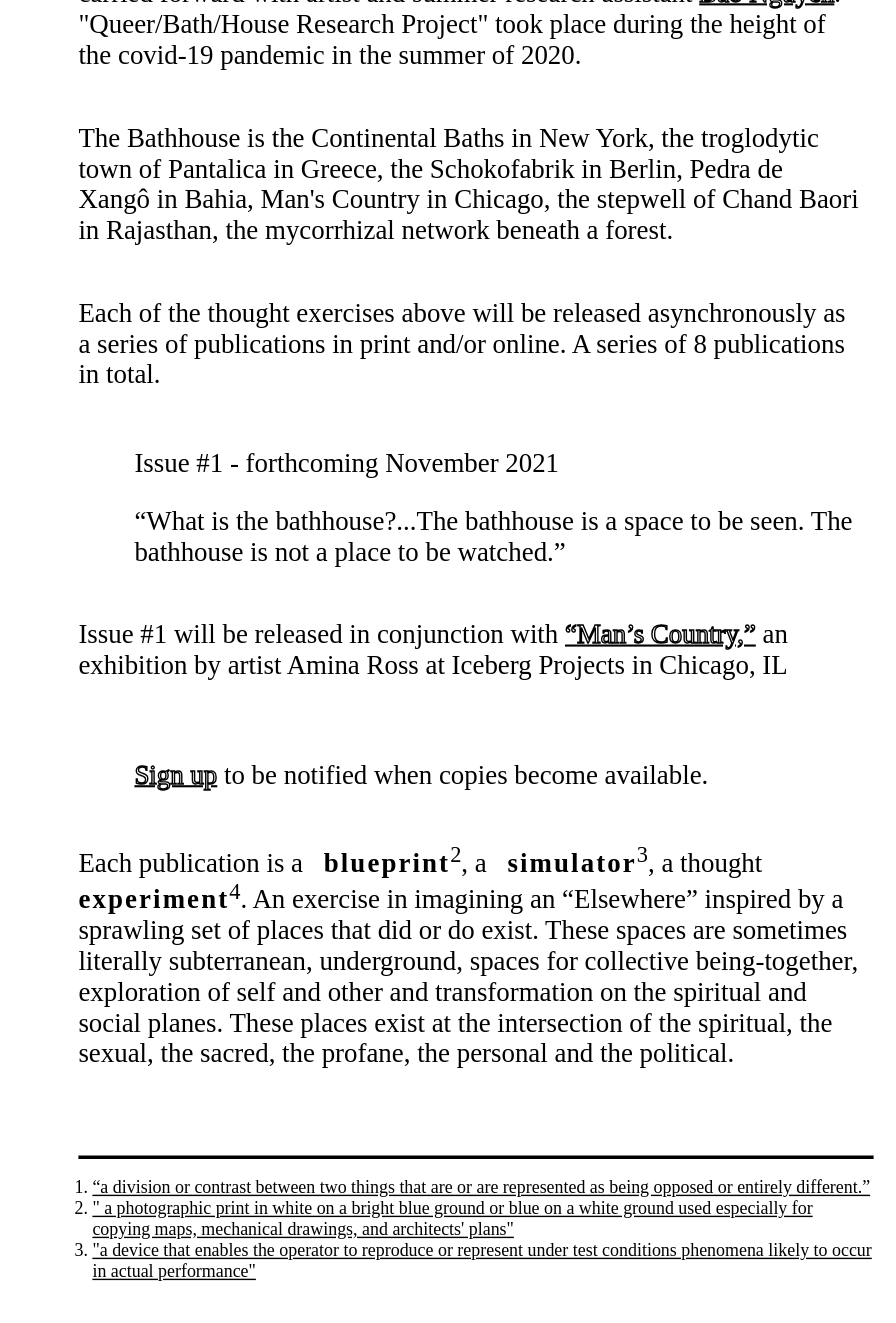
Repository: ayoungblood2/bathhouse.online
Page: index.html
These files come from the project's save history. The page is drawn as it stood at one moment and after the next save; the edit follows.
The browser window is 1280 px wide. The pictures show the part of the page from y = 2484 to 4404 px (the page is 4374 px tall before and 4404 px after), at 70% of full size.
An inner scrolling area shows only its first screen. Backgrounds fixed to the window are drawn as part of the page. Some web fonts or font styles are not loaded; a fallback is used.

Above is the page before, as saved 2021-10-16 17:22:15.
Not found: js/layout_main.js
Not found: js/three_main.js
Not found: style.css

### index.html
<!DOCTYPE html>
<html>

<head>
    <meta charset="UTF-8">
    <meta name="viewport" content="width=device-width, initial-scale=1.0, maximum-scale=1.0, user-scalable=no" />
    <title>bathhouse.online</title>
    <link rel="apple-touch-icon" sizes="180x180" href="/apple-touch-icon.png">
    <link rel="icon" type="image/png" sizes="32x32" href="/favicon-32x32.png">
    <link rel="icon" type="image/png" sizes="16x16" href="/favicon-16x16.png">
    <link rel="manifest" href="/site.webmanifest">
    <link rel="stylesheet" href="style.css">
    <script src="http://code.jquery.com/jquery-1.12.0.min.js"></script>
    <link rel='dns-prefetch' href='//ajax.googleapis.com' />
    <meta name="keywords" content="Amina Ross, Avery Youngblood">
    <meta name="author" content="Avery Youngblood">
    <script type="text/javascript" src="./js/layout_main.js"></script>
    <script type="text/javascript" src="./js/three_main.js"></script>

    <style>
        @font-face {
            font-family: Avenir Next Heavy;
            src: url(fonts/AvenirNext.ttc);
        }

        body,
        html {
            height: 100%;
            width: 100%;
            margin: 0;
            overflow-x: hidden;
        }

        *,
        *:before,
        *:after {
            box-sizing: inherit;
        }

        .bg {

            /* background-image: url('images/20211010224425098.gif'); */


            /* Full height */
            height: 100%;

            /* Center and scale the image nicely */
            background-position: center;
            background-repeat: no-repeat;
            background-size: cover;
            position: relative;
            top: 0;
            left: 0;

            /* padding: 100px; */

            font-family: "Avenir Next Heavy";

        }




        .txt {
            position: absolute;
            top: 60px;
            left: 80px;
            font-family: "Avenir Next Heavy";
        }

        h1 {
            font-size: 10vw;
            text-align: center;
        }

        p {
            font-size: 3vw;
        }

        .parallax {
            /* The image used */
            background-image: url('images/20211010224425098.gif');

            /* Full height */
            height: 100%;

            /* Create the parallax scrolling effect */
            background-attachment: fixed;
            background-position: center;
            background-repeat: no-repeat;
            background-size: cover;
        }

        .container {
            padding: 10px;
            width: 2em;
        }

        .item {
            width: 50%;
            width: fit-content;
            padding: 5px;
            margin-bottom: 1em;
        }


        @media only screen and (max-width:900px) {
            h1 {
                font-size: 8vw;
            }

            .bg {
                padding: 0px;
            }

            p {
                font-size: 2vw;
            }
        }

        .top {
            padding: 1em;
            /* display: grid; */
            /* grid-gap: 3em; */
            grid-template-columns: repeat(1, 250px);
        }

        .quote {
            padding: 1em;
            /* border-radius: .3em; */
            /* box-shadow: 10px 10px 30px rgba(0, 0, 0, 0.1); */
        }

        p {
            margin-top: 0;
            margin-right: 20px;
            font-size: 3vw;
        }

        span {
            font-weight: bold;
            position: relative;
            margin-left: 20px;
        }

        :before {
            content: '';
            position: fixed;
            height: 1px;
            width: 20px;
            /* border-bottom: 1px solid black; */
            top: 20px;
        }




        @media(min-width:950px) {
            .top {
                grid-template-columns: repeat(2, 250fr);
            }
        }

        .tab {
            margin-left: 80px;
        }

        footer {
            margin-top: 50px;
            border-top: 5px solid black;
            font-size: 2vw;
        }

        footer ol {
            padding-left: 20px;
        }

        /**
 * Initialiazing a `footnotes` counter on the wrapper
 */
        article {
            counter-reset: footnotes;
        }

        /**
 * Inline footnotes references
 * 1. Increment the counter at each new reference
 * 2. Reset link styles to make it appear like regular text
 */
        [aria-describedby="footnote-label"] {
            counter-increment: footnotes;
            /* 1 */
            text-decoration: none;
            /* 2 */
            color: inherit;
            /* 2 */
            cursor: default;
            /* 2 */
            outline: none;
            /* 2 */
        }

        /**
 * Actual numbered references
 * 1. Display the current state of the counter (e.g. `[1]`)
 * 2. Align text as superscript
 * 3. Make the number smaller (since it's superscript)
 * 4. Slightly offset the number from the text
 * 5. Reset link styles on the number to show it's usable
 */
        [aria-describedby="footnote-label"]::after {
            content: '['counter(footnotes) ']';
            /* 1 */
            vertical-align: super;
            /* 2 */
            font-size: 0.5em;
            /* 3 */
            margin-left: 2px;
            /* 4 */
            color: blue;
            /* 5 */
            text-decoration: underline;
            /* 5 */
            cursor: pointer;
            /* 5 */
        }

        /**
 * Resetting the default focused styles on the number
 */
        [aria-describedby="footnote-label"]:focus::after {
            outline: thin dotted;
            outline-offset: 2px;
        }

        [aria-label="Back to content"] {
            font-size: 0.8em;
        }

        /**
 * Highlight target note
 */
        footer :target {
            background: yellow;
        }

        /**
 * Visually hidden yet accessible content
 */
        .visually-hidden {
            position: absolute;
            clip: rect(0 0 0 0);
            visibility: hidden;
            opacity: 0;
        }
    </style>

<body>


    <div class="parallax"></div>

    <div class="bg"></div>

    <div class="txt">

        <h1>bathhouse.online</h1>



        <div class="top">
            <div class="quote">

                <p style="font-size: 5vw;">

                    The bathhouse is safe. <br>The bathhouse is not secure.<br><br>
                    The bathhouse is a space to be seen. <br>The bathhouse is not a place to be watched.<br><br>
                    The bathhouse is sensual. <br>The bathhouse is not unspiritual.<br><br>
                    The bathhouse is a space for meaningful work. <br>The bathhouse is not a workplace.<br><br>
                    The bathhouse is a technology. <br>The bathhouse is not a machine.<br><br>
                    The bathhouse is immersive. <br>The bathhouse is not without a body.<br><br>
                    The bathhouse is sweating. <br>The bathhouse is not drained.<br><br>
                    The bathhouse is gone. <br>The bathhouse is not over.<br>
                </p>

                <br>

                <p>
                    “The Bathhouse” is a yet-to-exist space, generated through a set of (false)<span
                        style="letter-spacing: 3px;"><a href="#footnotes" aria-describedby="footnote-label"
                            id="footnotes-ref">dichotomies</a></span><sup>1</sup>,
                    core questions, reflections and exercises. The characteristics of The Bathhouse are drawn from the
                    "Queer/Bath/House Research Project" - A research project conceived of by <a
                        style="color: white; -webkit-text-stroke: 2px black;" href=aminaross.com>Amina
                        Ross</a>, carried forward with artist and summer research assistant <a
                        style="color: white; -webkit-text-stroke: 2px black;" href=https://nguyenbao.myportfolio.com>
                        Bao Nguyen</a>. "Queer/Bath/House Research Project" took place during the
                    height of the covid-19 pandemic in the summer of 2020.

                </p>
                <br> <br>
                <p>
                    The Bathhouse is the Continental Baths in New York, the troglodytic town of Pantalica in Greece, the
                    Schokofabrik in Berlin, Pedra de Xangô in Bahia, Man's Country in Chicago, the stepwell of Chand
                    Baori in Rajasthan, the mycorrhizal network beneath a forest.


                </p>
                <br> <br>
                <p>
                    Each of the thought exercises above will be released asynchronously as a series of publications in
                    print and/or online. A series of 8 publications in total.<br><br>
                <p class="tab">Issue #1 - forthcoming November 2021</p>
                <p class="tab">“What is the bathhouse?...The bathhouse is a space to be seen. The bathhouse is not a
                    place to be
                    watched.”</p>
                </p>
                <br> <br>
                <p>
                    Issue #1 will be released in conjunction with <a
                        style="color: white; -webkit-text-stroke: 2px black;" href=https://icebergchicago.com>“Man’s
                        Country,”</a> an exhibition by artist Amina Ross at Iceberg Projects in Chicago, IL
                </p>
                <br> <br>
                <p>

                <p class="tab"><a style="color: white; -webkit-text-stroke: 2px black;"
                        href=https://forms.gle/NMAofWzGxNe4W74i9>Sign up</a> to be notified when copies become
                    available.</p>

                </p>
                <br> <br>
                <p>
                    Each publication is a <span style="letter-spacing: 3px;">blueprint</span><sup>2</sup>, a <span
                        style="letter-spacing: 3px;">simulator</span><sup>3</sup>, a thought <span
                        style="letter-spacing: 3px;">experiment</span><sup>4</sup>. An exercise in imagining an
                    “Elsewhere” inspired by a sprawling set of places that did or do exist. These spaces are sometimes
                    literally subterranean, underground, spaces for collective being-together, exploration of self and
                    other and transformation on the spiritual and social planes. These places exist at the intersection
                    of the spiritual, the sexual, the sacred, the profane, the personal and the political.

                </p>
                <br> <br>


                <footer>

                    <ol>
                        <li id="footnotes"><a style="color: black;"
                                href=https://www.lexico.com/en/definition/dichotomy>“a division or contrast between two
                                things that
                                are or are represented as
                                being opposed or entirely different.”</a>
                        </li>

                        <li id="css"><a style="color: black;"
                                href=https://www.merriam-webster.com/dictionary/blueprint#:~:text=Blueprint%20%7C%20Definition%20of%20Blueprint%20by%20Merriam%2DWebster>"
                                a photographic print in white on a bright blue ground or blue on a white ground
                                used especially for copying maps, mechanical drawings, and architects' plans"</a>
                        </li>

                        <li id="css-counters"><a style="color: black;"
                                href=https://www.merriam-webster.com/dictionary/simulator>"a device that enables the
                                operator to reproduce or represent under test
                                conditions phenomena likely to occur in actual performance"</a>
                        </li>
                    </ol>
                </footer>


            </div>


        </div>

    </div>


</body>

<script>
    $(function () {
        var previousScroll = 0;
        $(window).scroll(function (event) {
            var scroll = $(this).scrollTop();
            var heading = $('.parallax');

            if (scroll > 600) {
                console.log('scrolling down');
                heading.fadeIn("slow", function () {
                    heading.css('opacity', '0.4');
                });
            } else {
                heading.fadeIn("slow", function () {
                    heading.css('opacity', '1');
                });
            }
            previousScroll = scroll;
        });
    })
</script>
</head>

</html>

After the next save:
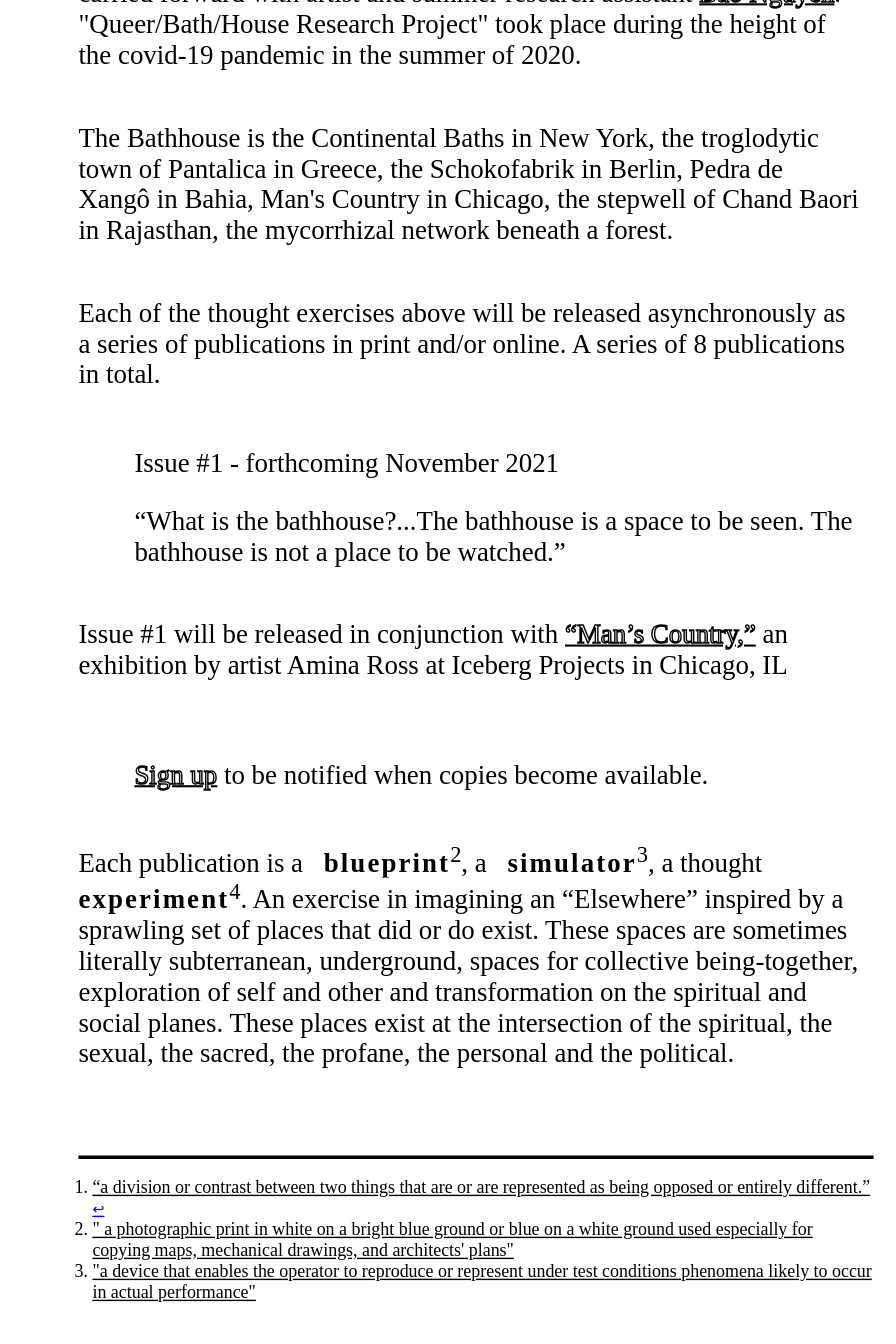
Saved 32 s later.
--- a/index.html
+++ b/index.html
@@ -352,6 +352,7 @@
                                 things that
                                 are or are represented as
                                 being opposed or entirely different.”</a>
+                                <a href="#footnotes-ref" aria-label="Back to content">↩</a>
                         </li>
 
                         <li id="css"><a style="color: black;"

After the save that followed:
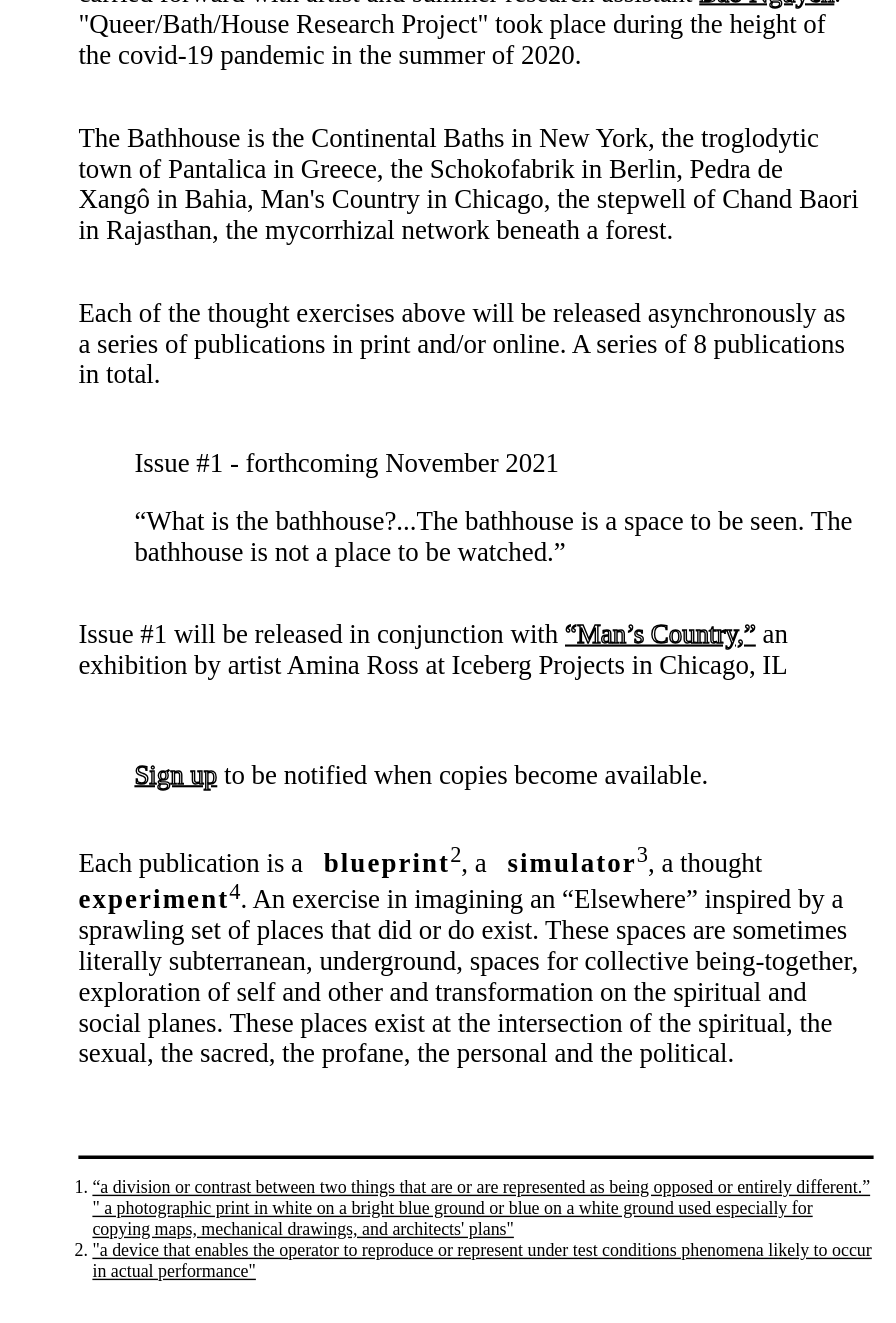
Saved 9 s later.
--- a/index.html
+++ b/index.html
@@ -352,7 +352,7 @@
                                 things that
                                 are or are represented as
                                 being opposed or entirely different.”</a>
-                                <a href="#footnotes-ref" aria-label="Back to content">↩</a>
+                                <a href="#footnotes-ref" aria-label="Back to content" style="color: black;>↩</a>
                         </li>
 
                         <li id="css"><a style="color: black;"
